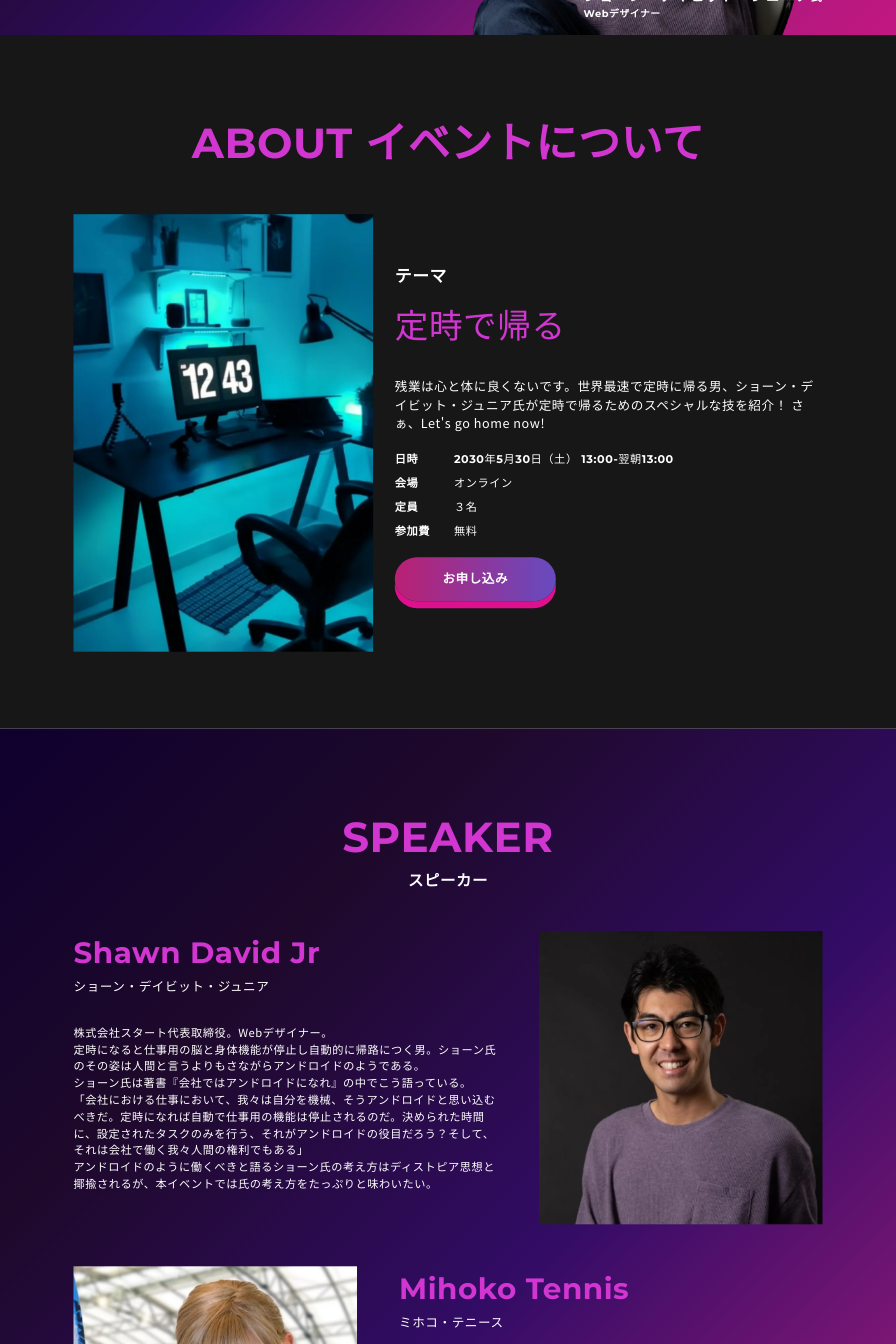
Repository: tetishi/wdc
Page: index.html
An editor plug-in stored every save of this project. The page is shown before and after the next save, followed by the edit.
The browser window is 1280 px wide. The pictures show the part of the page from y = 650 to 2570 px (the page is 6268 px tall before and 6212 px after), at 70% of full size.
Some web libraries are served in a nearby version. The style sheet was rebuilt from its Sass, Less or Tailwind sources for each picture, by a compiler version that may differ from the author's.

Above is the page before, as saved 2023-07-15 18:29:06.

After the next save:
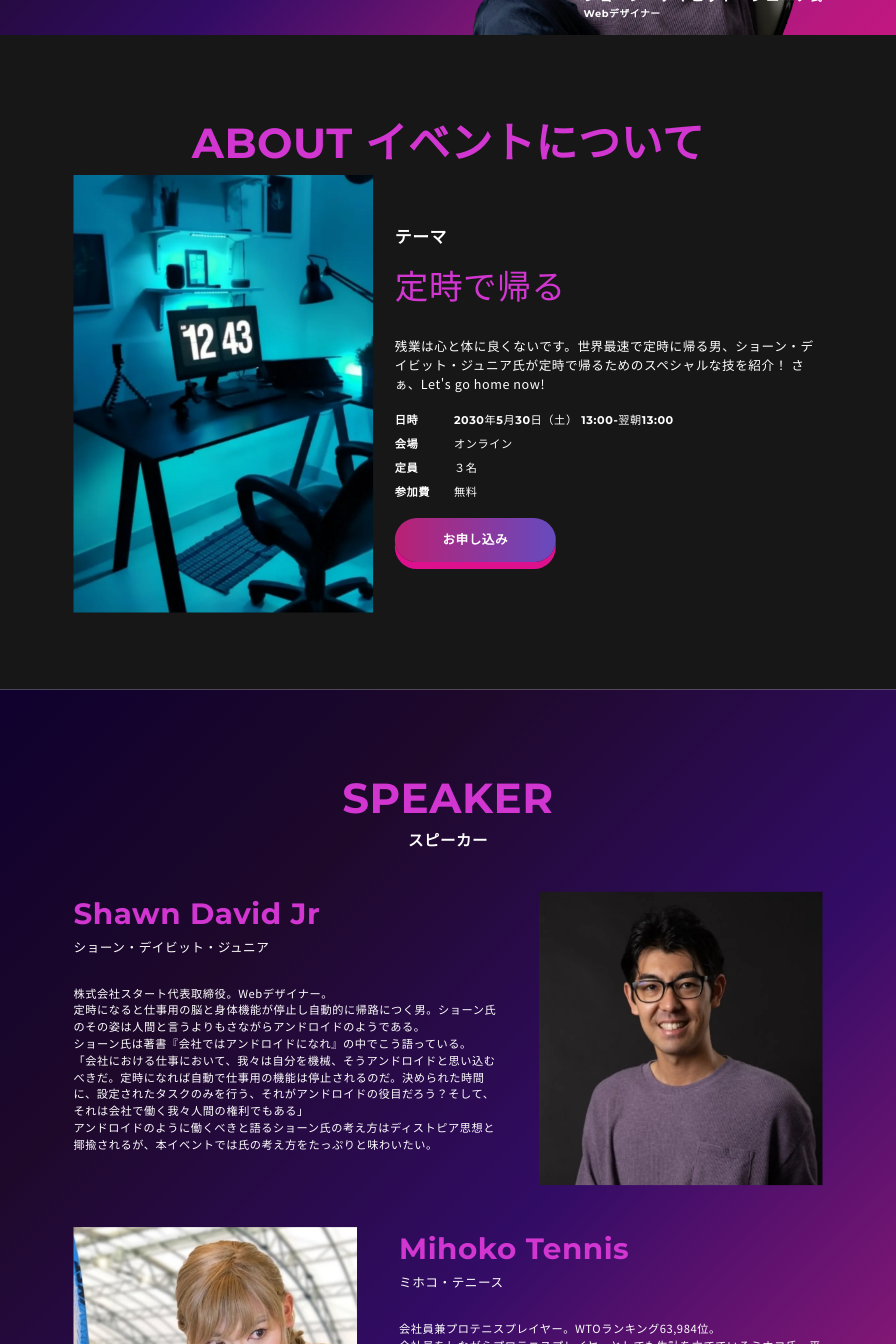
Saved 9 s later.
--- a/index.html
+++ b/index.html
@@ -65,7 +65,7 @@
                     ABOUT
                     <span>イベントについて</span>
                 </h2>
-                <p class="section-under-title"></p>
+                <!-- <p class="section-under-title"></p> -->
                 <div class="about-container">
                     <div class="about-left-conatiner">
                         <div class="about-img-box">
